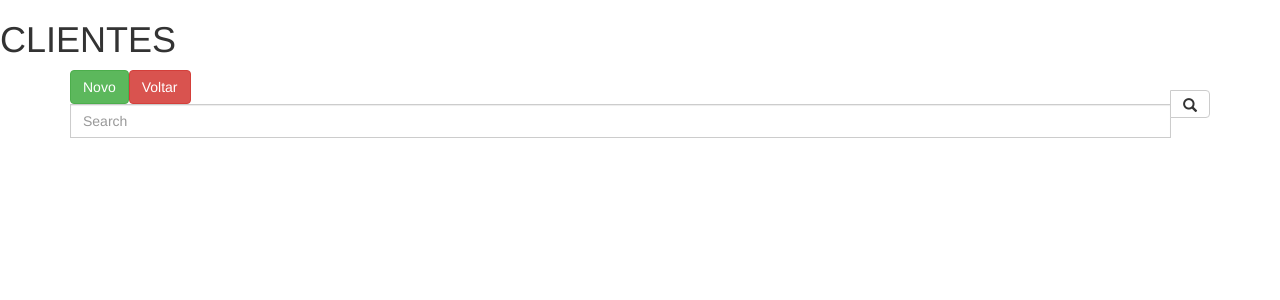
Repository: diegokunha/LojinhaGuru
Page: http://localhost/LojinhaGuru/clientes
The author's editor kept a copy of each file at every save. The page is drawn from the files as they stood at one save, then again after the next save.
The browser window is 1280 px wide. The pictures show the whole page.
Some web libraries are served in a nearby version. The page is served by Tomcat 9.

Above is the page before, as saved 2017-10-04 00:50:05.

After the next save:
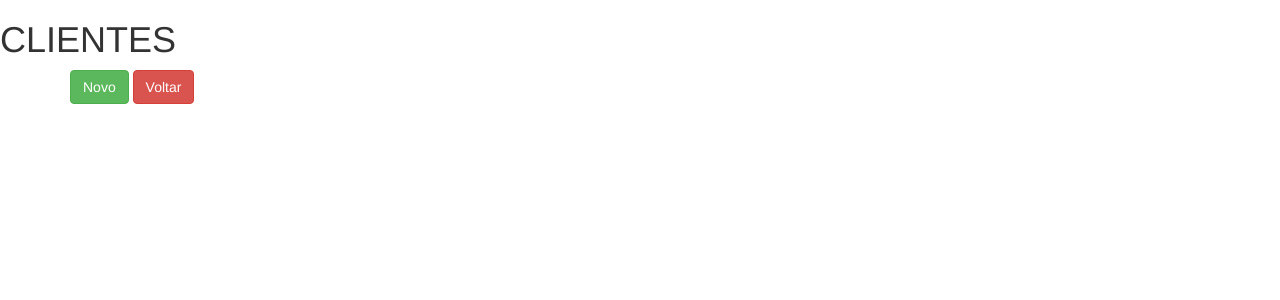
Saved 18 s later.
--- a/LojinhaGuru/WebContent/WEB-INF/views/jsp/clientes.jsp
+++ b/LojinhaGuru/WebContent/WEB-INF/views/jsp/clientes.jsp
@@ -23,17 +23,10 @@
 	<h1>CLIENTES</h1>
 	<div class="container">
 		<form>
-			<div class="input-group">
-				<a href="adicionaCliente"><button type="button"
-						class="btn btn-success">Novo</button></a> <a href="index"><button
-						type="button" class="btn btn-danger">Voltar</button></a> <input
-					type="text" class="form-control" placeholder="Search">
-					<div class="input-group-btn">
-						<button class="btn btn-default" type="submit">
-							<i class="glyphicon glyphicon-search"></i>
-						</button>
-					</div>
-			</div>
+
+			<a href="adicionaCliente"><button type="button" class="btn btn-success">Novo</button></a>
+			<a href="index"><button type="button" class="btn btn-danger">Voltar</button></a>
+
 		</form>
 	</div>
 </body>
